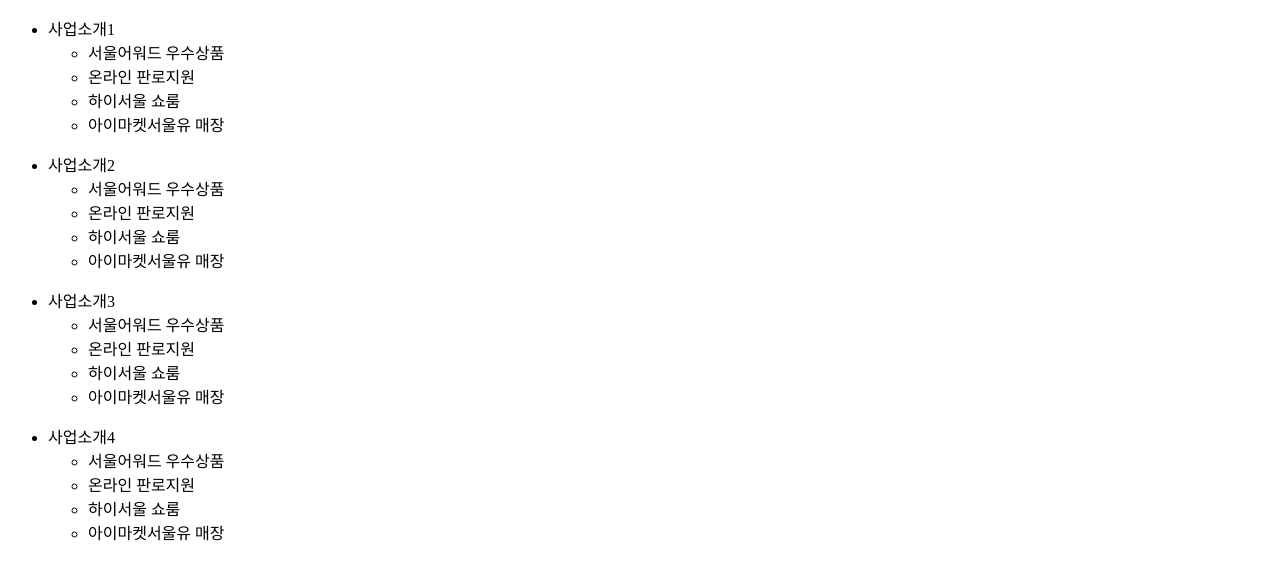
Repository: Ahn-jeong/javabasic
Page: 1.BasicJava/workspace/basic/WebContent/1024/각각메뉴슬라이드.html
These files come from the project's save history. The page is drawn as it stood at one moment and after a run of saves; the edit follows.
The browser window is 1280 px wide. The pictures show the whole page.

Above is the page before, as saved 2019-10-24 05:08:51.

### 1.BasicJava/workspace/basic/WebContent/1024/각각메뉴슬라이드.html
<!DOCTYPE html>
<html>
	<head>
		<meta charset="UTF-8">
		<title>각각 메뉴 슬라이드</title>
	</head>
	<body>
		<nav>
			<ul class = "dropdown">
				<li>사업소개1</li>
				<ul class = "submenu">
					<li>서울어워드 우수상품</li>
					<li>온라인 판로지원</li>
					<li>하이서울 쇼룸</li>
					<li>아이마켓서울유 매장</li>
				</ul>
			</ul>
			<ul class = "dropdown">
				<li>사업소개2</li>
				<ul class = "submenu">
					<li>서울어워드 우수상품</li>
					<li>온라인 판로지원</li>
					<li>하이서울 쇼룸</li>
					<li>아이마켓서울유 매장</li>
				</ul>
			</ul>
			<ul class = "dropdown">
				<li>사업소개3</li>
				<ul class = "submenu">
					<li>서울어워드 우수상품</li>
					<li>온라인 판로지원</li>
					<li>하이서울 쇼룸</li>
					<li>아이마켓서울유 매장</li>
				</ul>
			</ul>
			<ul class = "dropdown">
				<li>사업소개4</li>
				<ul class = "submenu">
					<li>서울어워드 우수상품</li>
					<li>온라인 판로지원</li>
					<li>하이서울 쇼룸</li>
					<li>아이마켓서울유 매장</li>
				</ul>
			</ul>
		</nav>
	</body>
</html>

After the next 2 saves:
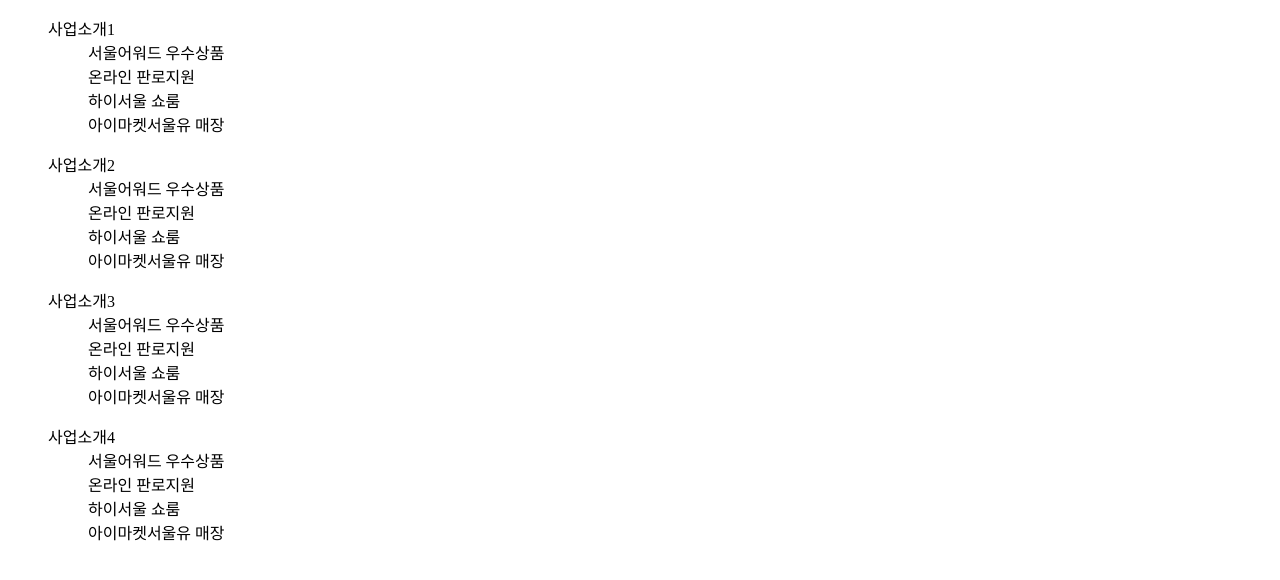
The 2 saves are shown as one change because they came seconds apart.
The last was saved 35 s later.
--- a/1.BasicJava/workspace/basic/WebContent/1024/각각메뉴슬라이드.html
+++ b/1.BasicJava/workspace/basic/WebContent/1024/각각메뉴슬라이드.html
@@ -3,6 +3,11 @@
 	<head>
 		<meta charset="UTF-8">
 		<title>각각 메뉴 슬라이드</title>
+		<style>
+			ul li{
+				list-style: none;
+			}
+		</style>
 	</head>
 	<body>
 		<nav>
